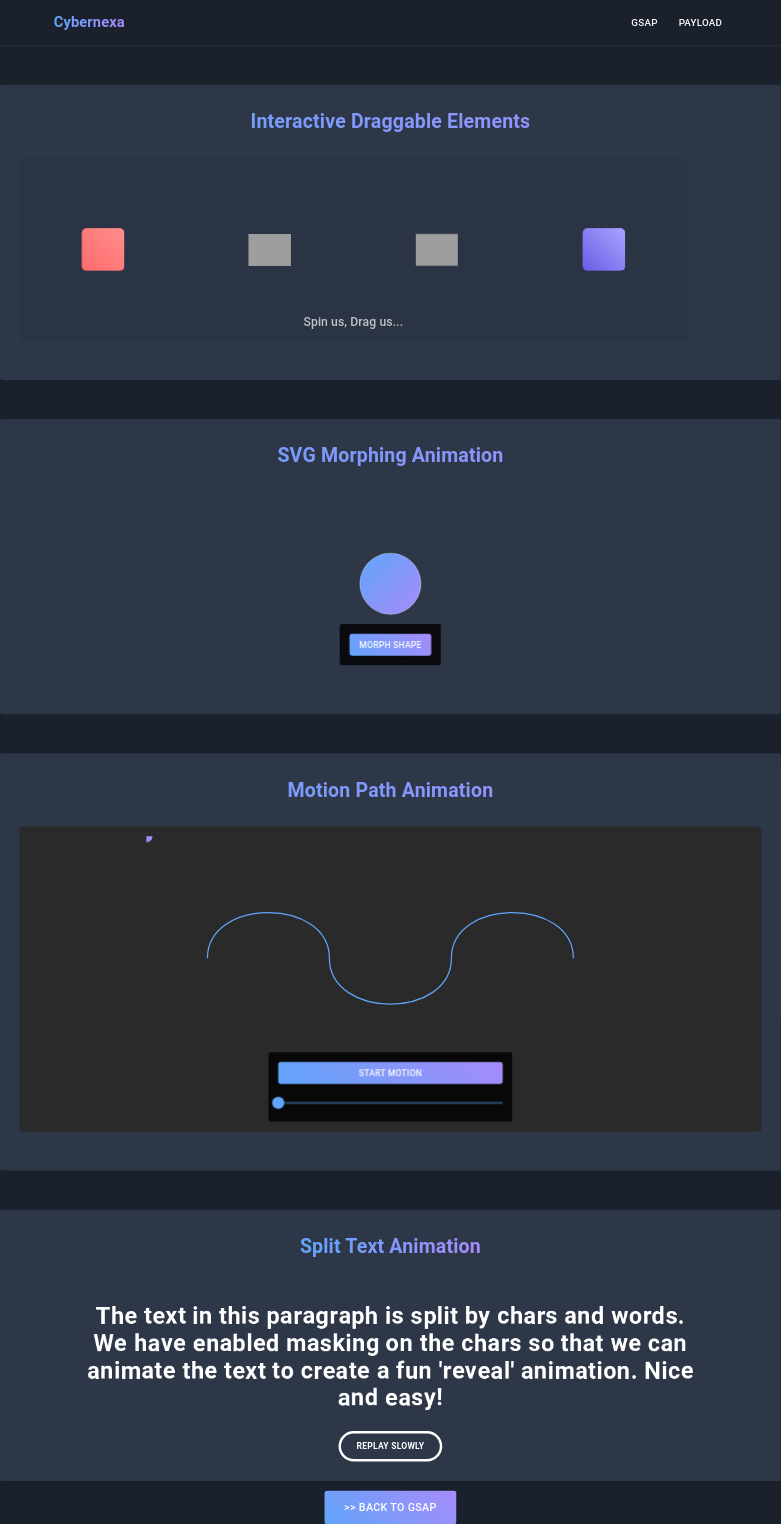
Repository: KovacsViktor/payloadcms-gsap-poc
Page: /gsap/demo
These files come from the project's save history. The page is drawn as it stood at one moment and after a run of saves; the edit follows.
The browser window is 1280 px wide. The pictures show the whole page, at 61% of full size.
Pictures or frames that could not be fetched are drawn as grey boxes. The project was rebuilt for these pictures with package versions that can differ from the ones it lists, and the page was loaded fresh each time. The framework's server and built-in components were replaced by stand-ins that run in the browser. Also part of the build but not shown: next.config.mjs, src/app/(frontend)/styles.css.

Above is the page before, as saved 2025-05-19 22:25:17.

After the next 2 saves:
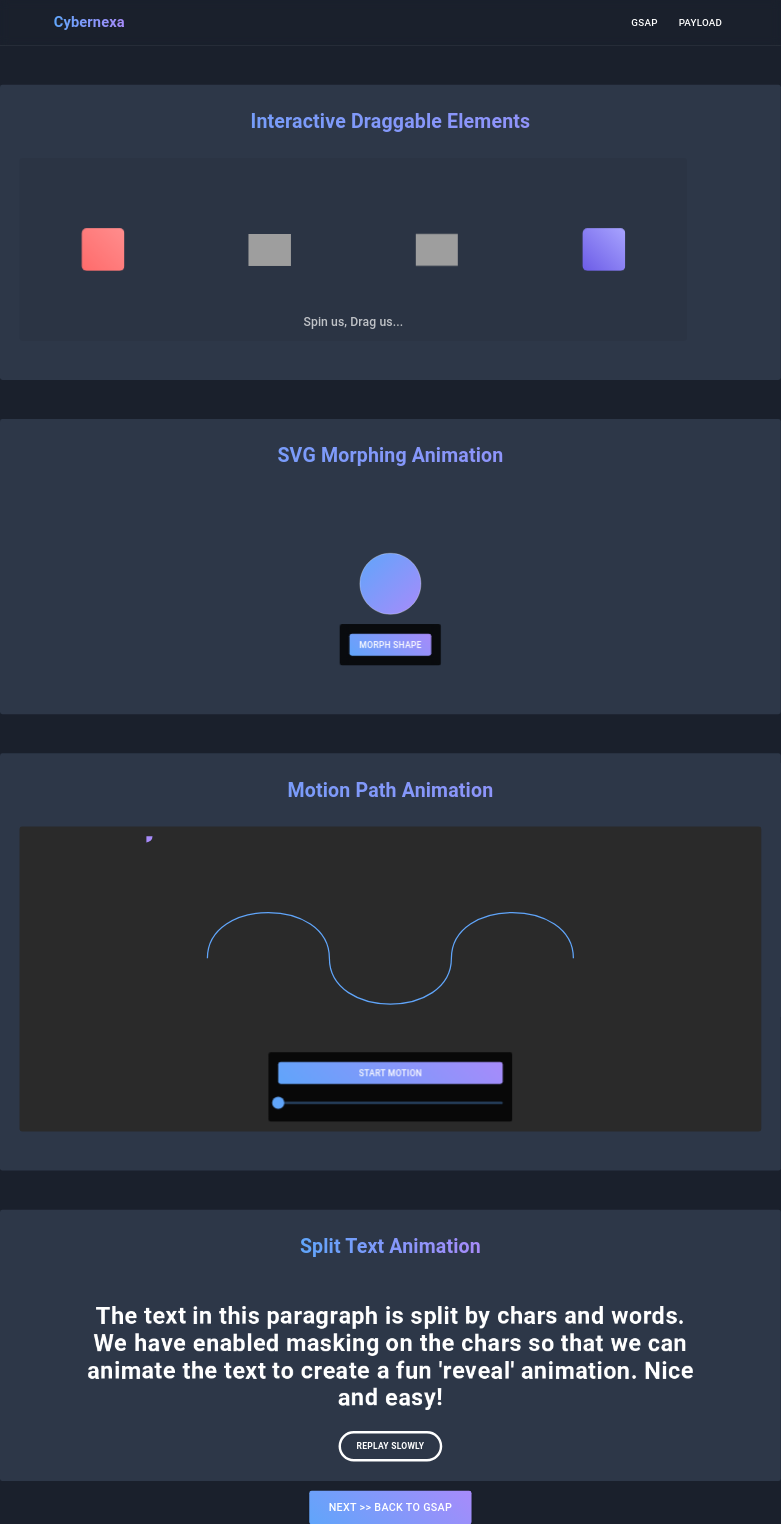
The 2 saves are shown as one change because they came seconds apart.
The last was saved 8 s later.
--- a/src/app/(frontend)/gsap/demo/GSAPSplitText.tsx
+++ b/src/app/(frontend)/gsap/demo/GSAPSplitText.tsx
@@ -150,7 +150,7 @@ export default function GSAPSplitTextDemo() {
     <Box sx={{ display: 'flex', justifyContent: 'center', mt: 2 }}>
     <NextLink href="/gsap/scroll">
       <StyledButton variant="contained">
-        {'>>'} Back to GSAP
+        Next {'>>'} Back to GSAP
       </StyledButton>
     </NextLink>
   </Box>
